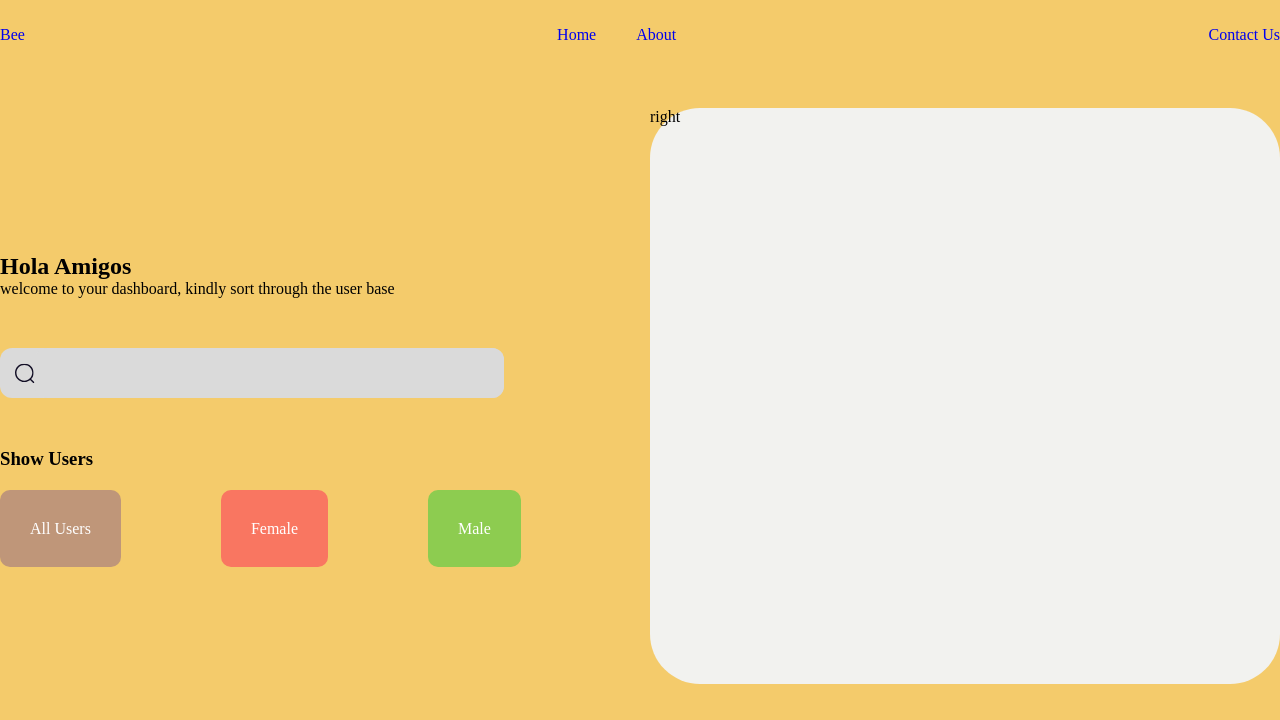
Repository: ble-syn/Random-user-generator-app
Page: /
An editor plug-in stored every save of this project. The page is shown before and after the next save, followed by the edit.
The browser window is 1280 px wide. The pictures show the whole page.
The project was rebuilt for these pictures with package versions that can differ from the ones it lists, and the page was loaded fresh each time. Also part of the build but not shown: src/pages/About.jsx, src/pages/Policy.jsx, src/pages/Terms.jsx, src/pages/Contact.jsx, src/pages/NotFound.jsx.

Above is the page before, as saved 2022-10-26 01:17:46.

After the next save:
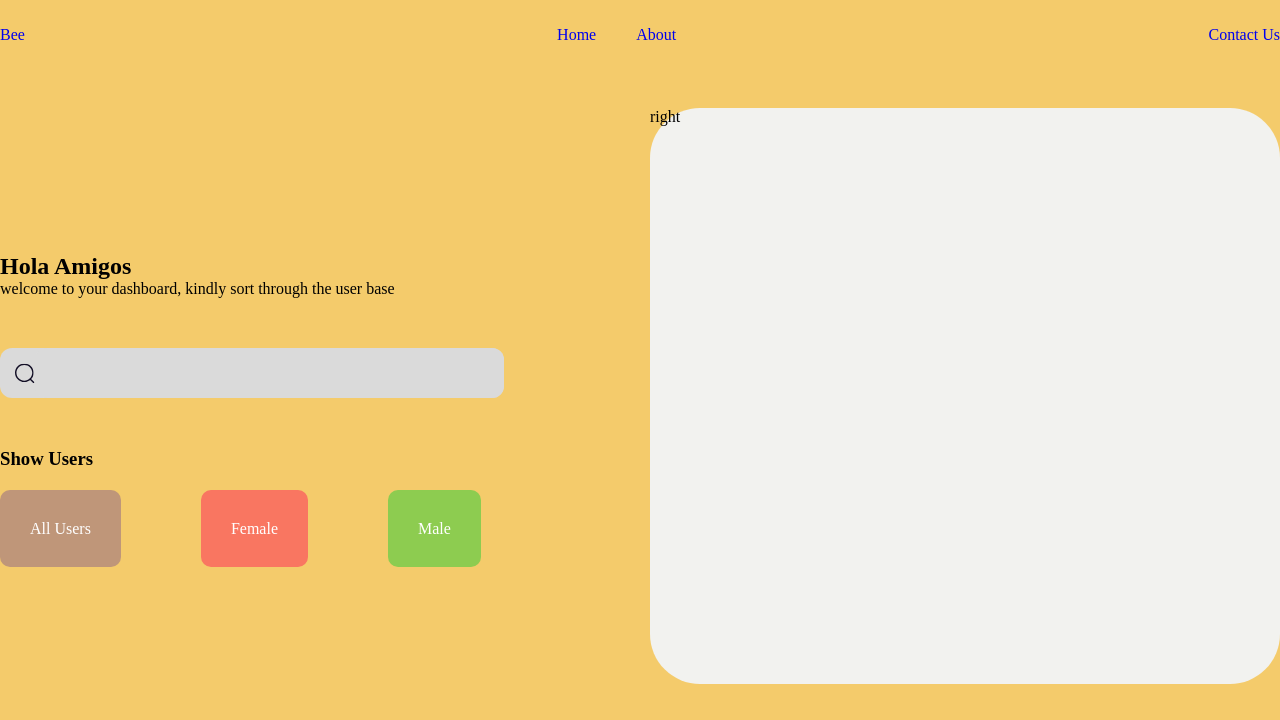
Saved 17 s later.
--- a/src/index.css
+++ b/src/index.css
@@ -64,7 +64,7 @@ input::placeholder {
   margin-top: 50px;
 }
 .user-link{
-  margin-right: 100px;
+  margin-right: 80px;
   padding: 30px;
   border-radius: 10px;
   color: #FFF;
